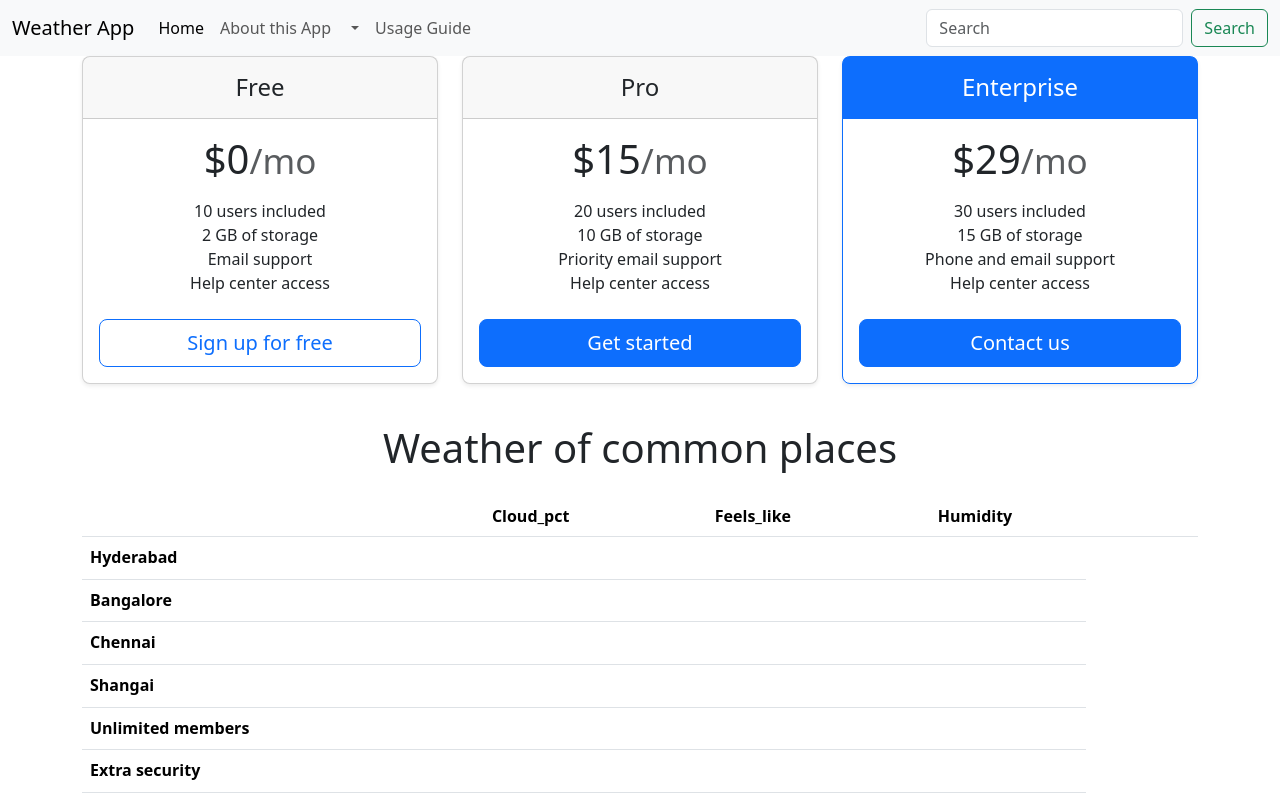
Repository: Abhilash2909/weather
Page: index.html
An editor plug-in stored every save of this project. The page is shown before and after the next save, followed by the edit.
The browser window is 1280 px wide. The pictures show the whole page.
The page's requests for data from a server got no answer.

Above is the page before, as saved 2024-02-11 10:28:13.

### index.html
<!doctype html>
<html lang="en">
  <head>
    <meta charset="utf-8">
    <meta name="viewport" content="width=device-width, initial-scale=1">
    <title>My Weather App</title>
    <link href="https://cdn.jsdelivr.net/npm/bootstrap@5.3.2/dist/css/bootstrap.min.css" rel="stylesheet" integrity="sha384-T3c6CoIi6uLrA9TneNEoa7RxnatzjcDSCmG1MXxSR1GAsXEV/Dwwykc2MPK8M2HN" crossorigin="anonymous">
  </head>
  <body>
    <nav class="navbar navbar-expand-lg bg-body-tertiary">
        <div class="container-fluid">
          <a class="navbar-brand" href="#">Weather App</a>
          <button class="navbar-toggler" type="button" data-bs-toggle="collapse" data-bs-target="#navbarSupportedContent" aria-controls="navbarSupportedContent" aria-expanded="false" aria-label="Toggle navigation">
            <span class="navbar-toggler-icon"></span>
          </button>
          <div class="collapse navbar-collapse" id="navbarSupportedContent">
            <ul class="navbar-nav me-auto mb-2 mb-lg-0">
              <li class="nav-item">
                <a class="nav-link active" aria-current="page" href="#">Home</a>
              </li>
              <li class="nav-item">
                <a class="nav-link" href="#">About this App</a>
              </li>
              <li class="nav-item dropdown">
                <a class="nav-link dropdown-toggle" href="#" role="button" data-bs-toggle="dropdown" aria-expanded="false">
                </a>
                <ul class="dropdown-menu">
                  <li><a class="dropdown-item" href="#">Delhi</a></li>
                  <li><a class="dropdown-item" href="#">Seattle</a></li>
                  <li><hr class="dropdown-divider"></li>
                  <li><a class="dropdown-item" href="#">Bangalore</a></li>
                </ul>
              </li>
              <li class="nav-item">
                <a class="nav-link" aria-disabled="true">Usage Guide</a>
              </li>
            </ul>
            <form class="d-flex" role="search">
              <input class="form-control me-2" type="search" placeholder="Search" aria-label="Search">
              <button class="btn btn-outline-success" type="submit">Search</button>
            </form>
          </div>
        </div>
      </nav>

      <div class="container"><main>
        <div class="row row-cols-1 row-cols-md-3 mb-3 text-center">
          <div class="col">
            <div class="card mb-4 rounded-3 shadow-sm">
              <div class="card-header py-3">
                <h4 class="my-0 fw-normal">Free</h4>
              </div>
              <div class="card-body">
                <h1 class="card-title pricing-card-title">$0<small class="text-body-secondary fw-light">/mo</small></h1>
                <ul class="list-unstyled mt-3 mb-4">
                  <li>10 users included</li>
                  <li>2 GB of storage</li>
                  <li>Email support</li>
                  <li>Help center access</li>
                </ul>
                <button type="button" class="w-100 btn btn-lg btn-outline-primary">Sign up for free</button>
              </div>
            </div>
          </div>
          <div class="col">
            <div class="card mb-4 rounded-3 shadow-sm">
              <div class="card-header py-3">
                <h4 class="my-0 fw-normal">Pro</h4>
              </div>
              <div class="card-body">
                <h1 class="card-title pricing-card-title">$15<small class="text-body-secondary fw-light">/mo</small></h1>
                <ul class="list-unstyled mt-3 mb-4">
                  <li>20 users included</li>
                  <li>10 GB of storage</li>
                  <li>Priority email support</li>
                  <li>Help center access</li>
                </ul>
                <button type="button" class="w-100 btn btn-lg btn-primary">Get started</button>
              </div>
            </div>
          </div>
          <div class="col">
            <div class="card mb-4 rounded-3 shadow-sm border-primary">
              <div class="card-header py-3 text-bg-primary border-primary">
                <h4 class="my-0 fw-normal">Enterprise</h4>
              </div>
              <div class="card-body">
                <h1 class="card-title pricing-card-title">$29<small class="text-body-secondary fw-light">/mo</small></h1>
                <ul class="list-unstyled mt-3 mb-4">
                  <li>30 users included</li>
                  <li>15 GB of storage</li>
                  <li>Phone and email support</li>
                  <li>Help center access</li>
                </ul>
                <button type="button" class="w-100 btn btn-lg btn-primary">Contact us</button>
              </div>
            </div>
          </div>
        </div>

        <h2 class="display-6 text-center mb-4">Weather of common places</h2>

        <div class="table-responsive">
          <table class="table text-center">
            <thead>
              <tr>
                <th style="width: 34%;"></th>
                <th style="width: 22%;">Cloud_pct</th>
                <th style="width: 22%;">Feels_like</th>
                <th style="width: 22%;">Humidity</th>
                <th style="width: 22%;"></th>
                <th style="width: 22%;"></th>
                <th style="width: 22%;"></th>
                <th style="width: 22%;"></th>
                <th style="width: 22%;"></th>
                <th style="width: 22%;"></th>
                <th style="width: 22%;"></th>
                    </th>
                  </th>
                </th>
              </tr>
            </thead>
            <tbody>
              <tr>
                <th scope="row" class="text-start">Hyderabad</th>
                <td><svg class="bi" width="24" height="24"><use xlink:href="#check"></use></svg></td>
                <td><svg class="bi" width="24" height="24"><use xlink:href="#check"></use></svg></td>
                <td><svg class="bi" width="24" height="24"><use xlink:href="#check"></use></svg></td>
              </tr>
              <tr>
                <th scope="row" class="text-start">Bangalore</th>
                <td></td>
                <td><svg class="bi" width="24" height="24"><use xlink:href="#check"></use></svg></td>
                <td><svg class="bi" width="24" height="24"><use xlink:href="#check"></use></svg></td>
              </tr>
            </tbody>

            <tbody>
              <tr>
                <th scope="row" class="text-start">Chennai</th>
                <td><svg class="bi" width="24" height="24"><use xlink:href="#check"></use></svg></td>
                <td><svg class="bi" width="24" height="24"><use xlink:href="#check"></use></svg></td>
                <td><svg class="bi" width="24" height="24"><use xlink:href="#check"></use></svg></td>
              </tr>
              <tr>
                <th scope="row" class="text-start">Shangai</th>
                <td></td>
                <td><svg class="bi" width="24" height="24"><use xlink:href="#check"></use></svg></td>
                <td><svg class="bi" width="24" height="24"><use xlink:href="#check"></use></svg></td>
              </tr>
              <tr>
                <th scope="row" class="text-start">Unlimited members</th>
                <td></td>
                <td><svg class="bi" width="24" height="24"><use xlink:href="#check"></use></svg></td>
                <td><svg class="bi" width="24" height="24"><use xlink:href="#check"></use></svg></td>
              </tr>
              <tr>
                <th scope="row" class="text-start">Extra security</th>
                <td></td>
                <td></td>
                <td><svg class="bi" width="24" height="24"><use xlink:href="#check"></use></svg></td>
              </tr>
            </tbody>
          </table>
        </div>
      </main></div>
    <script src="https://cdn.jsdelivr.net/npm/bootstrap@5.3.2/dist/js/bootstrap.bundle.min.js" integrity="sha384-C6RzsynM9kWDrMNeT87bh95OGNyZPhcTNXj1NW7RuBCsyN/o0jlpcV8Qyq46cDfL" crossorigin="anonymous"></script>
    <script src="script.js"></script>
</body>
</html>

### script.js
// const options = {
// method: 'GET',
// headers: {
//         'X-RapidAPI-Key': 'b45e96323fmshf5e4bc50d3b8a90p1e091djsnfb21cde4eb87',
// '       X-RapidAPI-Host': 'weather-by-api-ninjas.p.rapidapi.com'
//     }
// };

// fetch('https://weather-by-api-ninjas.p.rapidapi.com/v1/weather?city=Seattle', options)
//     .then(response => response.json())
//     .then(response => console.log(response))
//     .catch(err => console.error(err));



const options = {
    method: 'GET',
    headers: {
      'X-RapidAPI-Key': 'b45e96323fmshf5e4bc50d3b8a90p1e091djsnfb21cde4eb87',
      'X-RapidAPI-Host': 'weather-by-api-ninjas.p.rapidapi.com'
    }
  };

  fetch('https://weather-by-api-ninjas.p.rapidapi.com/v1/weather?city=Seattle', options)
    .then(response => response.json())
    .then(data => console.log(data))
    .catch(error => console.error(error));

After the next save:
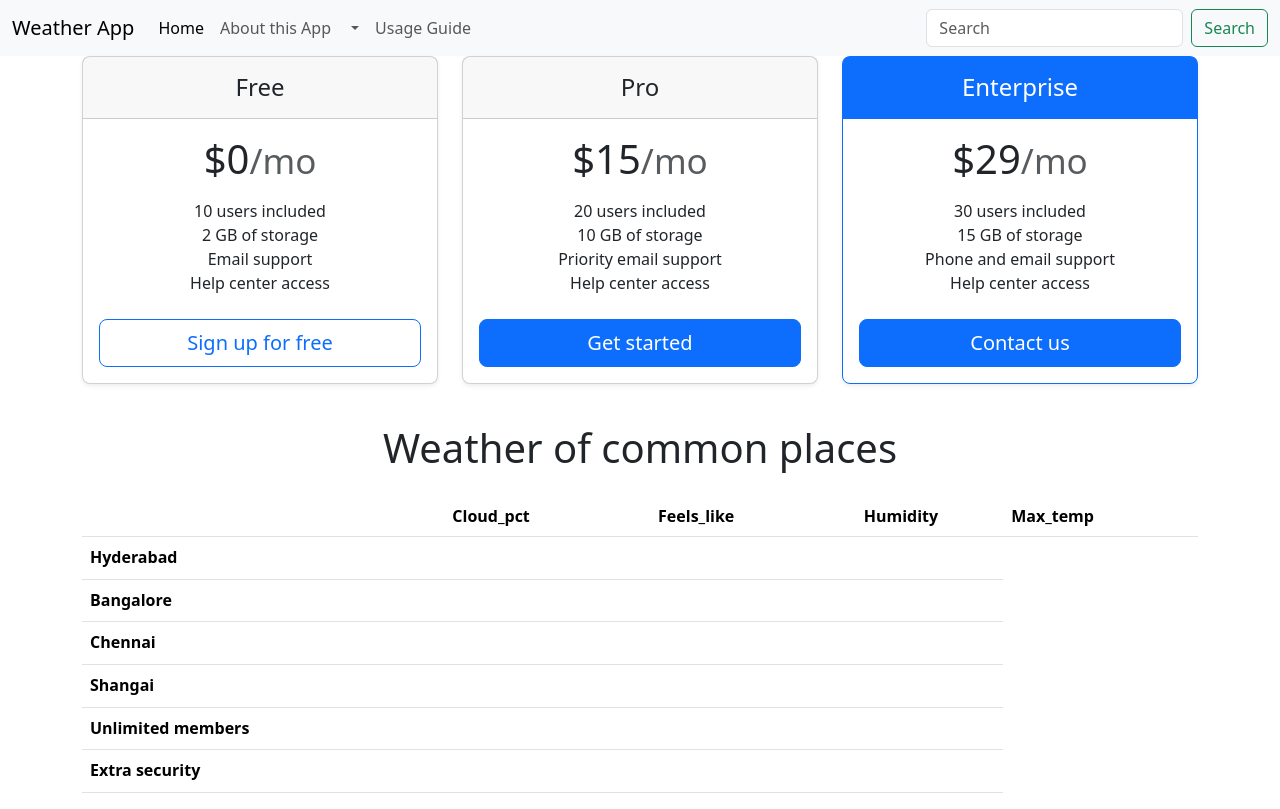
Saved 7 s later.
--- a/index.html
+++ b/index.html
@@ -108,7 +108,7 @@
                 <th style="width: 22%;">Cloud_pct</th>
                 <th style="width: 22%;">Feels_like</th>
                 <th style="width: 22%;">Humidity</th>
-                <th style="width: 22%;"></th>
+                <th style="width: 22%;">Max_temp</th>
                 <th style="width: 22%;"></th>
                 <th style="width: 22%;"></th>
                 <th style="width: 22%;"></th>
